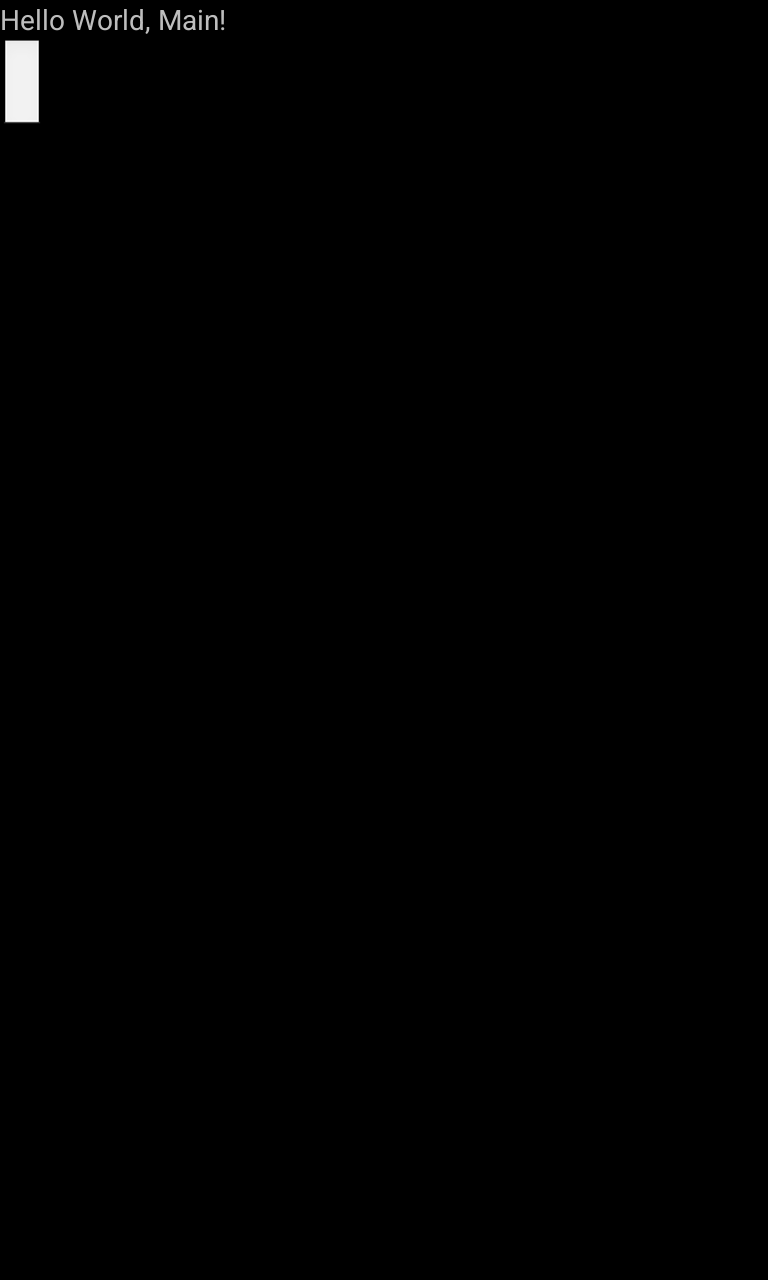
Repository: yoggy7978/yoggyRepo
Layout: android/YogSMS/YogSMS/res/layout/main.xml
The author's editor kept a copy of each file at every save. The layout is drawn from the files as they stood at one save, then again after the next save.
It is drawn on a 768 x 1280 px phone screen (xhdpi) without system bars, with theme android:Theme; the app's code is not run.

Above is the layout before, as saved 2010-12-10 09:01:13.

After the next save:
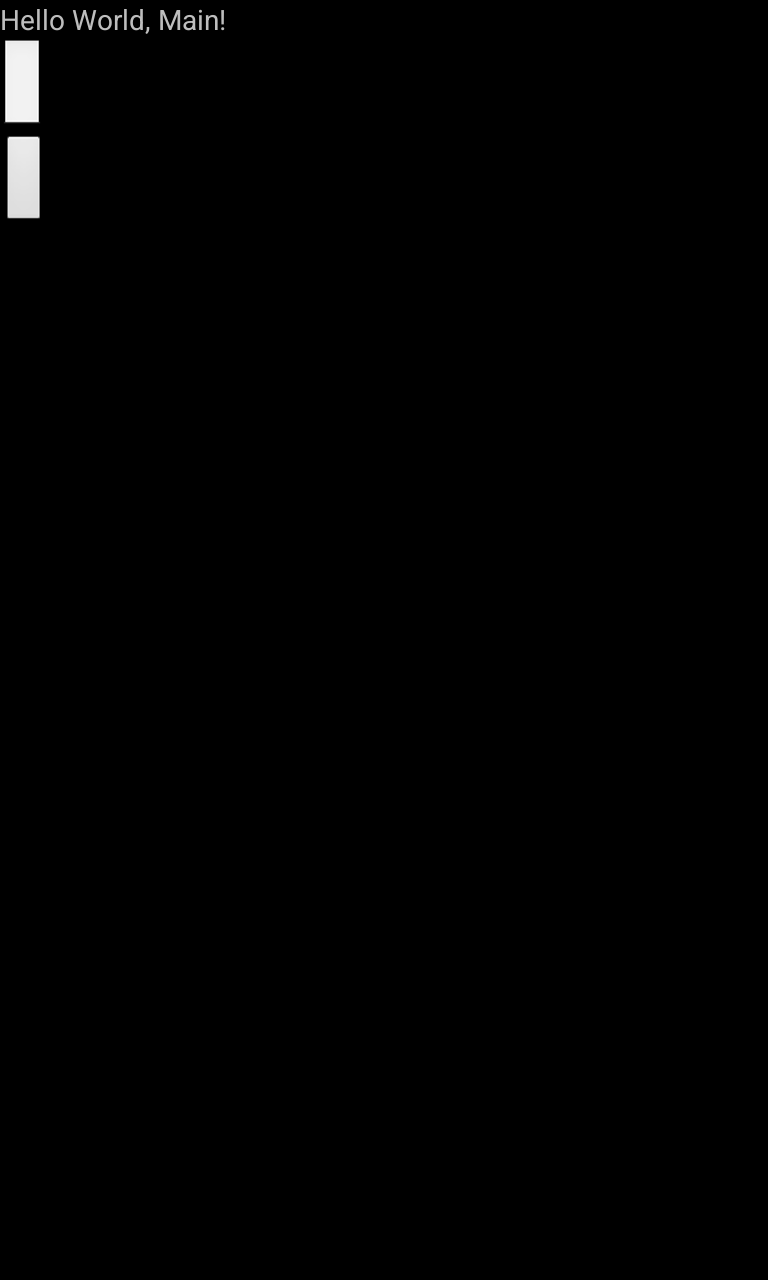
Saved 45 s later.
--- a/android/YogSMS/YogSMS/res/layout/main.xml
+++ b/android/YogSMS/YogSMS/res/layout/main.xml
@@ -9,5 +9,6 @@
     android:layout_height="wrap_content"
     android:text="@string/hello"
     />
-<EditText android:text="@+id/et_message" android:id="@+id/et_message" android:layout_width="wrap_content" android:layout_height="wrap_content"></EditText>
+<EditText android:id="@+id/et_message" android:layout_width="wrap_content" android:layout_height="wrap_content"></EditText>
+<Button android:text="@+id/btn_send" android:id="@+id/Button01" android:layout_width="wrap_content" android:layout_height="wrap_content"></Button>
 </LinearLayout>
